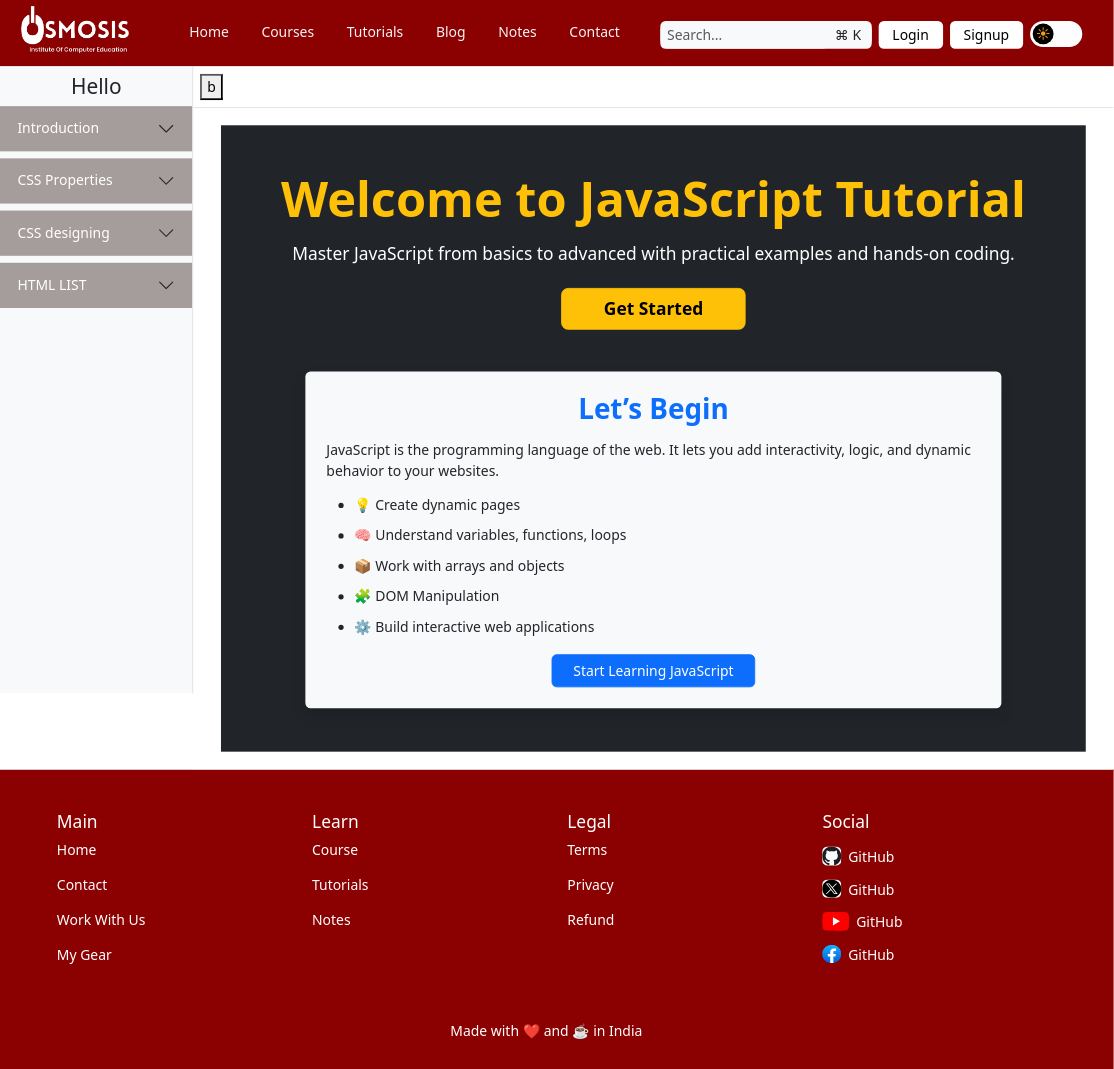
Repository: samriidhpandey/osmosis
Page: /js
An editor plug-in stored every save of this project. The page is shown before and after the next save, followed by the edit.
The browser window is 1280 px wide. The pictures show the whole page, at 87% of full size.
The project was rebuilt for these pictures with package versions that can differ from the ones it lists, and the page was loaded fresh each time. Also part of the build but not shown: vite.config.js, src/Section2.jsx, src/Section3.jsx, src/Section4.jsx, src/Section5.jsx, src/Hero.jsx, src/Component2/Courses.jsx, src/component3/Tutorial.jsx and 90 more. Imported but missing from the stored project, and not drawn on this page: src/Images/final-app-on-mobile.mp4, src/Images/final-app-on-pc.mp4, src/Images/open-terminals.mp4, src/Images/python-location.mp4.

Above is the page before, as saved 2025-07-12 19:21:26.

### index.html
<!doctype html>
<html lang="en">
  <head>
    <meta charset="UTF-8" />
    <link rel="icon" type="image/svg+xml" href="/vite.svg" />
    <meta name="viewport" content="width=device-width, initial-scale=1.0" />
    <title>Vite + React</title>
    <link href="https://cdn.jsdelivr.net/npm/bootstrap@5.0.2/dist/css/bootstrap.min.css" rel="stylesheet" integrity="sha384-EVSTQN3/azprG1Anm3QDgpJLIm9Nao0Yz1ztcQTwFspd3yD65VohhpuuCOmLASjC" crossorigin="anonymous">
    <link rel="stylesheet" href="https://cdnjs.cloudflare.com/ajax/libs/font-awesome/6.7.2/css/all.min.css" integrity="sha512-Evv84Mr4kqVGRNSgIGL/F/aIDqQb7xQ2vcrdIwxfjThSH8CSR7PBEakCr51Ck+w+/U6swU2Im1vVX0SVk9ABhg==" crossorigin="anonymous" referrerpolicy="no-referrer" />
    <link href="https://cdn.jsdelivr.net/npm/bootstrap@5.3.0/dist/css/bootstrap.min.css" rel="stylesheet" />
<link href="https://cdn.jsdelivr.net/npm/bootstrap-icons/font/bootstrap-icons.css" rel="stylesheet" />

  </head>
  <body>
    <div id="root"></div>
    <script type="module" src="/src/main.jsx"></script>
    <script src="https://cdn.jsdelivr.net/npm/bootstrap@5.0.2/dist/js/bootstrap.bundle.min.js" integrity="sha384-MrcW6ZMFYlzcLA8Nl+NtUVF0sA7MsXsP1UyJoMp4YLEuNSfAP+JcXn/tWtIaxVXM" crossorigin="anonymous"></script>
  </body>
</html>

### src/Footer.jsx
import React from 'react'
import get from './image/github.svg'
import get1 from './image/X.svg'
import get2 from './image/youtube.svg'
import get3 from './image/facebook.svg'

function Footer({isDark}) {
  const footer = {
    backgroundColor: isDark ? '#111827':'darkred',
    color: isDark ? 'white':'white',
  };
  return (
    <>
    <div className="container-fluid">
      <div className="row border-top" style={footer}>
        <div className="col-12 col-sm-12 col-md-12 col-lg-12 col-xl-11 col-xxl-10 m-auto ">
          <div className="row">
            <div className="col-6 col-sm-6 col-md-3 col-lg-3 col-xl-3 col-xxl-3 mt-5 fot-menu">
              <h5>Main</h5>
              <p>Home</p>
              <p>Contact</p>
              <p>Work With Us</p>
              <p>My Gear</p>
            </div>

            <div className="col-6 col-sm-6 col-md-3 col-lg-3 col-xl-3 col-xxl-3 mt-5">
              <h5>Learn</h5>
              <p>Course</p>
              <p>Tutorials</p>
              <p>Notes</p>

            </div>

            <div className="col-6 col-sm-6 col-md-3 col-lg-3 col-xl-3 col-xxl-3 mt-5">
              <h5>Legal</h5>
              <p>Terms</p>
              <p>Privacy</p>
              <p>Refund</p>

            </div>

            <div className="col-6 col-sm-6 col-md-3 col-lg-3 col-xl-3 col-xxl-3 mt-5">
              <h5>Social</h5>
              <div className="social d-flex p-0 mt-3"> <img src={get} className='img-fluid me-2 bg-light rounded' alt="" /> <p>GitHub</p></div>
              <div className="social d-flex p-0 mt-3"> <img src={get1} className='img-fluid me-2 bg-light rounded' alt="" /> <p>GitHub</p></div>
              <div className="social d-flex p-0 mt-3"> <img src={get2} className='img-fluid me-2' alt="" /> <p>GitHub</p></div>
              <div className="social d-flex p-0 mt-3"> <img src={get3} className='img-fluid me-2' alt="" /> <p>GitHub</p></div>

            </div>
          </div>
        </div>

        <div className="row">
          <div className="col-12 mb-3 mt-5">
            <p className='text-center'>Made with ❤️ and ☕ in India</p>
          </div>
        </div>
      </div>
    </div>
    </>
  )
}

export default Footer

### src/Tutorial-js/Homejs.jsx
import React from 'react'
import { Link, Outlet } from 'react-router-dom';

function Homejs() {
  const sidelist1 = () => {
  const sidelist = document.getElementById("sidelist");
  const isMobile = window.innerWidth <= 768; // Check if it's a mobile screen

  if (isMobile) {
    // Agar mobile screen hai to sidelist ko none karo
    sidelist.style.display = "none!important";
  } else {
    // Toggle for desktop
    if (sidelist.style.display === "block") {
      sidelist.style.display = "none";
    } else{
      sidelist.style.display = "block";
    }
  }

  const [activeItem, setActiveItem] = useState("intro1"); // default active

  const handleItemClick = (key) => {
    setActiveItem(key);
  };
};
  return (
    <>
    <div className="container-fluid">
        <div className="row">
          <div className="col-12 border-top d-flex p-0">
            <div className="side-list border-end bg-light" style={{ height: "100vh", overflowY: "auto",overflowX: "hidden"  }} id='sidelist'>
              <div className="row">
                <div className="col-12">
                  <h4 className='text-center mt-2'>Hello</h4>




                    <div className="accordion accordion-flush" id="accordionFlushExample">
  <div className="accordion-item">
    <h2 className="accordion-header" id="flush-headingOne">
      <button
        className="accordion-button collapsed custom-accordion-btn sidebar-link active"
        type="button"
        data-bs-toggle="collapse"
        data-bs-target="#flush-collapseOne"
        aria-expanded="false"
        aria-controls="flush-collapseOne"
      >
        Introduction
      </button>
    </h2>
    <div
      id="flush-collapseOne"
      className="accordion-collapse collapse"
      aria-labelledby="flush-headingOne"
      data-bs-parent="#accordionFlushExample"
    >
      <ul className="list-unstyled m-0 px-2 pb-2">
        <li className="mt-2">
          <Link to="Introandhis" className="text-decoration-none d-block px-3 py-2 rounded sidebar-link">
          Introduction & History
          </Link>{""}
        </li>
        <li className="mt-2">
          <Link to="Cssweb" className="text-decoration-none d-block px-3 py-2 rounded sidebar-link">
            Your first CSS website
          </Link>{""}
        </li>
        <li className='mt-2'>
          <Link to="Csswork" className="text-decoration-none d-block px-3 py-2 rounded sidebar-link">
            How CSS works?
          </Link>{""}
        </li>
        <li className='mt-2'>
          <Link to="Syntax" className="text-decoration-none d-block px-3 py-2 rounded sidebar-link">
            Syntax of CSS
          </Link>{""}
        </li>
        <li className='mt-2'>
          <Link to="Whystoaddcss" className="text-decoration-none d-block px-3 py-2 rounded sidebar-link">
            Whys to add CSS
          </Link>{""}
        </li>
        <li className='mt-2'>
          <Link to="CSSselector" className="text-decoration-none d-block px-3 py-2 rounded sidebar-link">
            CSS Selectors
          </Link>{""}
        </li>
        <li className='mt-2'>
          <Link to="Csscoments" className="text-decoration-none d-block px-3 py-2 rounded sidebar-link">
            CSS Comments
          </Link>{""}
        </li>
        <li className='mt-2'>
          <Link to="speci" className="text-decoration-none d-block px-3 py-2 rounded sidebar-link">
            CSS specificity
          </Link>{""}
        </li>

      </ul>
    </div>
  </div>
</div>








<div className="accordion accordion-flush mt-2" id="accordionFlushExample1">
  <div className="accordion-item">
    <h2 className="accordion-header" id="flush-headingtwo">
      <button
        className="accordion-button collapsed custom-accordion-btn-1 sidebar-link active"
        type="button"
        data-bs-toggle="collapse"
        data-bs-target="#flush-collapsetwo"
        aria-expanded="false"
        aria-controls="flush-collapsetwo"
      >
        CSS Properties
      </button>
    </h2>
    <div
      id="flush-collapsetwo"
      className="accordion-collapse collapse"
      aria-labelledby="flush-headingtwo"
      data-bs-parent="#accordionFlushExample1"
    >
      <ul className="list-unstyled m-0 px-2 pb-2">
        <li className="mt-2">
          <Link to="Boxmodel" className="text-decoration-none d-block px-3 py-2 rounded sidebar-link">
            CSS box model
          </Link>{""}
        </li>
        <li className="mt-2">
          <Link to="Liststyle" className="text-decoration-none d-block px-3 py-2 rounded sidebar-link">
            CSS list style
          </Link>{""}
        </li>
        <li className='mt-2'>
          <Link to="Csscolor" className="text-decoration-none d-block px-3 py-2 rounded sidebar-link">
            CSS Colors
          </Link>{""}
        </li>
        <li className='mt-2'>
          <Link to="Cssbackground" className="text-decoration-none d-block px-3 py-2 rounded sidebar-link">
            CSS Backgrounds
          </Link>{""}
        </li>
        <li className='mt-2'>
          <Link to="Cssborder" className="text-decoration-none d-block px-3 py-2 rounded sidebar-link">
            CSS border
          </Link>{""}
        </li>
        <li className='mt-2'>
          <Link to="Cssimg" className="text-decoration-none d-block px-3 py-2 rounded sidebar-link">
            CSS Images
          </Link>{""}
        </li>
        <li className='mt-2'>
          <Link to="Videoemb" className="text-decoration-none d-block px-3 py-2 rounded sidebar-link">
            CSS Video Embedding
          </Link>{""}
        </li>
        <li className='mt-2'>
          <Link to="Cssfonts" className="text-decoration-none d-block px-3 py-2 rounded sidebar-link">
            CSS Fonts
          </Link>{""}
        </li>
        <li className='mt-2'>
          <Link to="Csstext" className="text-decoration-none d-block px-3 py-2 rounded sidebar-link">
            CSS text styling
          </Link>{""}
        </li>
        <li className='mt-2'>
          <Link to="Csspadding" className="text-decoration-none d-block px-3 py-2 rounded sidebar-link">
            CSS padding
          </Link>{""}
        </li>
        <li className='mt-2'>
          <Link to="Cssmargin" className="text-decoration-none d-block px-3 py-2 rounded sidebar-link">
            CSS margin
          </Link>{""}
        </li>
        <li className='mt-2'>
          <Link to="Csshover" className="text-decoration-none d-block px-3 py-2 rounded sidebar-link">
            CSS hover
          </Link>{""}
        </li>
        <li className='mt-2'>
          <Link to="Csscursor" className="text-decoration-none d-block px-3 py-2 rounded sidebar-link">
            CSS cursors
          </Link>{""}
        </li>
        <li className='mt-2'>
          <Link to="Csslink" className="text-decoration-none d-block px-3 py-2 rounded sidebar-link">
            CSS links
          </Link>{""}
        </li>
        <li className='mt-2'>
          <Link to="Comdinators" className="text-decoration-none d-block px-3 py-2 rounded sidebar-link">
            CSS Comdinators
          </Link>{""}
        </li>
        <li className='mt-2'>
          <Link to="Pseudo" className="text-decoration-none d-block px-3 py-2 rounded sidebar-link">
            CSS Pseudo-classes
          </Link>{""}
        </li>
        <li className='mt-2'>
          <Link to="Cssbutton" className="text-decoration-none d-block px-3 py-2 rounded sidebar-link">
            CSS Buttons
          </Link>{""}
        </li>
        <li className='mt-2'>
          <Link to="Cssoverflow" className="text-decoration-none d-block px-3 py-2 rounded sidebar-link">
            CSS Overflow
          </Link>{""}
        </li>
        <li className='mt-2'>
          <Link to="Cssfloat" className="text-decoration-none d-block px-3 py-2 rounded sidebar-link">
            CSS float
          </Link>{""}
        </li>
        <li className='mt-2'>
          <Link to="Cssimpo" className="text-decoration-none d-block px-3 py-2 rounded sidebar-link">
            CSS !important
          </Link>{""}
        </li>
        <li className='mt-2'>
          <Link to="Cssmaths" className="text-decoration-none d-block px-3 py-2 rounded sidebar-link">
            CSS math function
          </Link>{""}
        </li>
        <li className='mt-2'>
          <Link to="Csssize" className="text-decoration-none d-block px-3 py-2 rounded sidebar-link">
            CSS size
          </Link>{""}
        </li>
        <li className='mt-2'>
          <Link to="Cssposition" className="text-decoration-none d-block px-3 py-2 rounded sidebar-link">
            CSS Positioning
          </Link>{""}
        </li>
        <li className='mt-2'>
          <Link to="Csszindex" className="text-decoration-none d-block px-3 py-2 rounded sidebar-link">
            CSS Z-index
          </Link>{""}
        </li>
        <li className='mt-2'>
          <Link to="Cssforms" className="text-decoration-none d-block px-3 py-2 rounded sidebar-link">
            CSS Forms
          </Link>{""}
        </li>
        <li className='mt-2'>
          <Link to="Cssnav" className="text-decoration-none d-block px-3 py-2 rounded sidebar-link">
            CSS Navigation Bar
          </Link>{""}
        </li>

      </ul>
    </div>
  </div>
</div>









                                                      {/* 3 vala section (Inline and block Elements) */}







<div className="accordion accordion-flush mt-2" id="accordionFlushExample2">
  <div className="accordion-item">
    <h2 className="accordion-header" id="flush-headingthree">
      <button
        className="accordion-button collapsed custom-accordion-btn-2 sidebar-link active"
        type="button"
        data-bs-toggle="collapse"
        data-bs-target="#flush-collapsethree"
        aria-expanded="false"
        aria-controls="flush-collapsethree"
      >
        CSS designing
      </button>
    </h2>
    <div
      id="flush-collapsethree"
      className="accordion-collapse collapse"
      aria-labelledby="flush-headingthree"
      data-bs-parent="#accordionFlushExample1"
    >
      <ul className="list-unstyled m-0 px-2 pb-2">
        <li className="mt-2">
          <Link to="Cssdisplay" className="text-decoration-none d-block px-3 py-2 rounded sidebar-link">
            CSS display
          </Link>{""}
        </li>
        <li className="mt-2">
          <Link to="Block" className="text-decoration-none d-block px-3 py-2 rounded sidebar-link">
            CSS FlexBox
          </Link>{""}
        </li>
        <li className="mt-2">
          <Link to="Block" className="text-decoration-none d-block px-3 py-2 rounded sidebar-link">
            CSS Grid
          </Link>{""}
        </li>
        <li className="mt-2">
          <Link to="Block" className="text-decoration-none d-block px-3 py-2 rounded sidebar-link">
            CSS Media Queries
          </Link>{""}
        </li>

      </ul>
    </div>
  </div>
</div>









                                                    {/* 4 vala section (Inline and block Elements) */}







<div className="accordion accordion-flush mt-2" id="accordionFlushExample2">
  <div className="accordion-item">
    <h2 className="accordion-header" id="flush-headingthree">
      <button
        className="accordion-button collapsed custom-accordion-btn-2 sidebar-link active"
        type="button"
        data-bs-toggle="collapse"
        data-bs-target="#flush-collapsefour"
        aria-expanded="false"
        aria-controls="flush-collapsefour"
      >
        HTML LIST
      </button>
    </h2>
    <div
      id="flush-collapsefour"
      className="accordion-collapse collapse"
      aria-labelledby="flush-headingfour"
      data-bs-parent="#accordionFlushExample1"
    >
      <ul className="list-unstyled m-0 px-2 pb-2">
        <li className="mt-2">
          <Link to="List" className="text-decoration-none d-block px-3 py-2 rounded sidebar-link">
            HTML Lists
          </Link>{""}
        </li>
        <li className="mt-2">
          <Link to="Unorder" className="text-decoration-none d-block px-3 py-2 rounded sidebar-link">
            HTML Unordered List
          </Link>{""}
        </li>
        <li className="mt-2">
          <Link to="Order" className="text-decoration-none d-block px-3 py-2 rounded sidebar-link">
            HTML Ordered List
          </Link>{""}
        </li>
        <li className="mt-2">
          <Link to="Defin" className="text-decoration-none d-block px-3 py-2 rounded sidebar-link">
            HTML Definition List
          </Link>{""}
        </li>

      </ul>
    </div>
  </div>
</div>
























                </div>
              </div>
            </div>










                                                            {/* click to show in sm and md screen only  */}


<div class="offcanvas offcanvas-start" tabindex="-1" id="offcanvasExample" aria-labelledby="offcanvasExampleLabel">
  <div class="offcanvas-header">
    <h5 class="offcanvas-title" id="offcanvasExampleLabel">Offcanvas</h5>
    <button type="button" class="btn-close text-reset" data-bs-dismiss="offcanvas" aria-label="Close"></button>
  </div>
  <div class="offcanvas-body">
    <div>
      Some text as placeholder. In real life you can have the elements you have chosen. Like, text, images, lists, etc.
    </div>
    <div class="dropdown mt-3">
      <button class="btn btn-secondary dropdown-toggle" type="button" id="dropdownMenuButton" data-bs-toggle="dropdown">
        Dropdown button
      </button>
      <ul class="dropdown-menu" aria-labelledby="dropdownMenuButton">
        <li><a class="dropdown-item" href="#">Action</a></li>
        <li><a class="dropdown-item" href="#">Another action</a></li>
        <li><a class="dropdown-item" href="#">Something else here</a></li>
      </ul>
    </div>
  </div>
</div>
















            <div className="maintextpage bg-white" id='maintextpage'>
              <div className="container-fluid">
                <div className="row">
                  <div className="col-12 m-0 p-2 border-bottom">
                    <button className='side-click' onClick={sidelist1}>b</button> <button class="side-click1 btn btn-white border" type="button" data-bs-toggle="offcanvas" data-bs-target="#offcanvasExample" aria-controls="offcanvasExample" >b</button>
                  </div>

                </div>
                <div className="row">
                  <div className="col-12">
                    <main style={{ flex: 1, padding: "20px" }}>
                      <Outlet />
                    </main>
                  </div>
                </div>
              </div>

            </div>





          </div>
        </div>
      </div>
    </>
  )
}

export default Homejs

### src/Tutorial-js/Introduction/Jswell.jsx
import React from 'react'

function Jswell() {
  return (
    <>
    <div className="min-vh-100 d-flex flex-column justify-content-center align-items-center bg-dark text-white px-3">
      <div className="text-center">
        <h1 className="display-4 fw-bold mb-3 text-warning">Welcome to JavaScript Tutorial</h1>
        <p className="lead mb-4">
          Master JavaScript from basics to advanced with practical examples and hands-on coding.
        </p>
        <a href="#get-started" className="btn btn-warning btn-lg px-5 fw-bold">Get Started</a>
      </div>

      {/* Get Started Section */}
      <section id="get-started" className="mt-5 w-100">
        <div className="bg-light text-dark rounded p-4 shadow mx-auto" style={{ maxWidth: '800px' }}>
          <h2 className="fw-bold mb-3 text-center text-primary">Let’s Begin</h2>
          <p>JavaScript is the programming language of the web. It lets you add interactivity, logic, and dynamic behavior to your websites.</p>
          <ul>
            <li>💡 Create dynamic pages</li>
            <li>🧠 Understand variables, functions, loops</li>
            <li>📦 Work with arrays and objects</li>
            <li>🧩 DOM Manipulation</li>
            <li>⚙️ Build interactive web applications</li>
          </ul>
          <div className="text-center mt-4">
            <a href="/js/intro" className="btn btn-primary px-4">Start Learning JavaScript</a>
          </div>
        </div>
      </section>
    </div>
    </>
  )
}

export default Jswell

Loaded but not shown: src/main.jsx (common file); src/App.jsx (405 lines, source omitted); src/App.css (1039 lines, source omitted); src/index.css (no stored copy; drawn as an empty file)

After the next save:
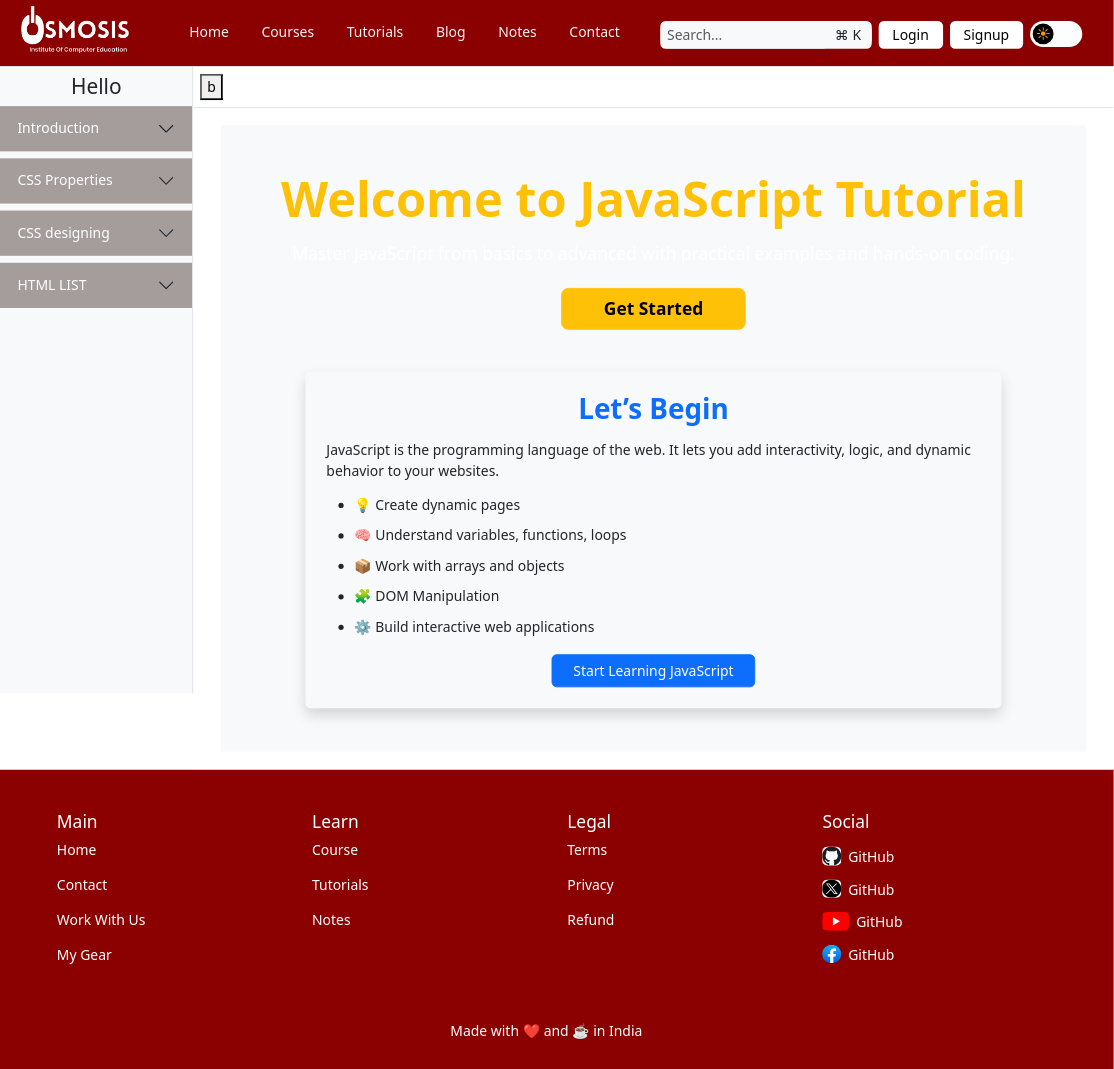
Saved 4 s later.
--- a/src/Tutorial-js/Introduction/Jswell.jsx
+++ b/src/Tutorial-js/Introduction/Jswell.jsx
@@ -3,7 +3,7 @@ import React from 'react'
 function Jswell() {
   return (
     <>
-    <div className="min-vh-100 d-flex flex-column justify-content-center align-items-center bg-dark text-white px-3">
+    <div className="min-vh-100 d-flex flex-column justify-content-center align-items-center bg-light text-white px-3">
       <div className="text-center">
         <h1 className="display-4 fw-bold mb-3 text-warning">Welcome to JavaScript Tutorial</h1>
         <p className="lead mb-4">
